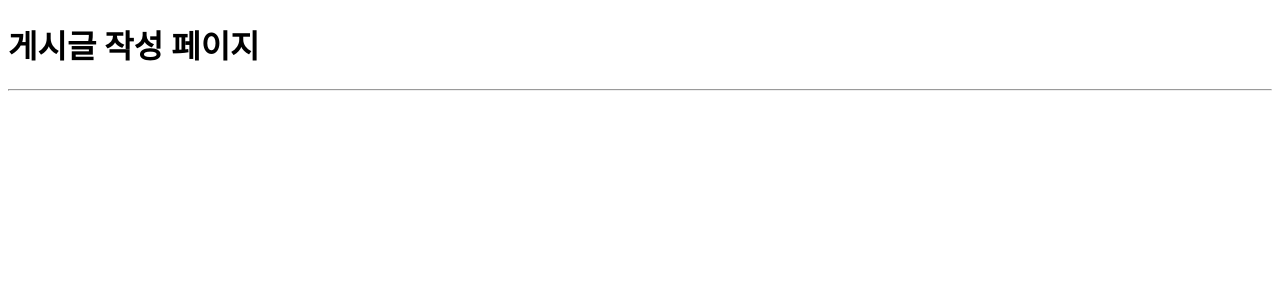
Repository: loseminho/khAcademy-Study
Page: http://localhost/02_SpringMVC_CRUD/boardWriteFrm.do
An editor plug-in stored every save of this project. The page is shown before and after the next save, followed by the edit.
The browser window is 1280 px wide. The pictures show the whole page.
The page is served by Tomcat 9.

Above is the page before, as saved 2022-10-04 02:10:31.

After the next save:
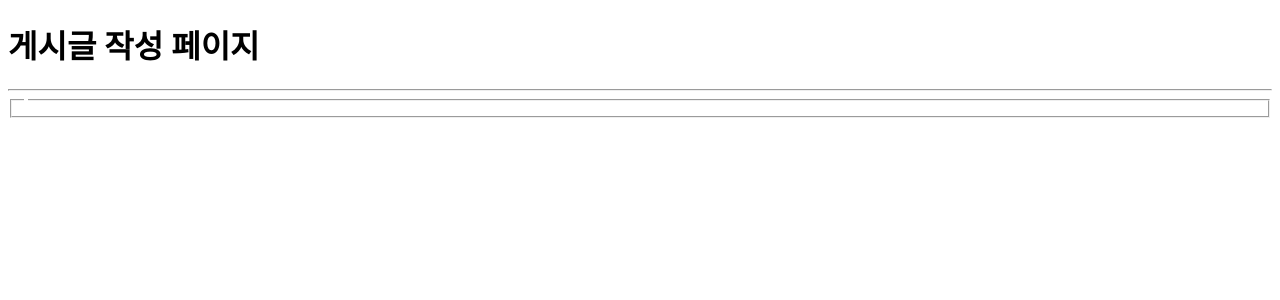
Saved 36 s later.
--- a/spring/workspace-sts-3.9.13.RELEASE/02_SpringMVC_CRUD/src/main/webapp/WEB-INF/views/board/boardWriteFrm.jsp
+++ b/spring/workspace-sts-3.9.13.RELEASE/02_SpringMVC_CRUD/src/main/webapp/WEB-INF/views/board/boardWriteFrm.jsp
@@ -9,6 +9,11 @@
 <body>
 	<h1>게시글 작성 페이지</h1>
 	<hr>
-	<form action="" method=""></form>
+	<form action="" method="">
+		<fieldset>
+			<legend></legend>
+
+		</fieldset>
+	</form>
 </body>
 </html>
